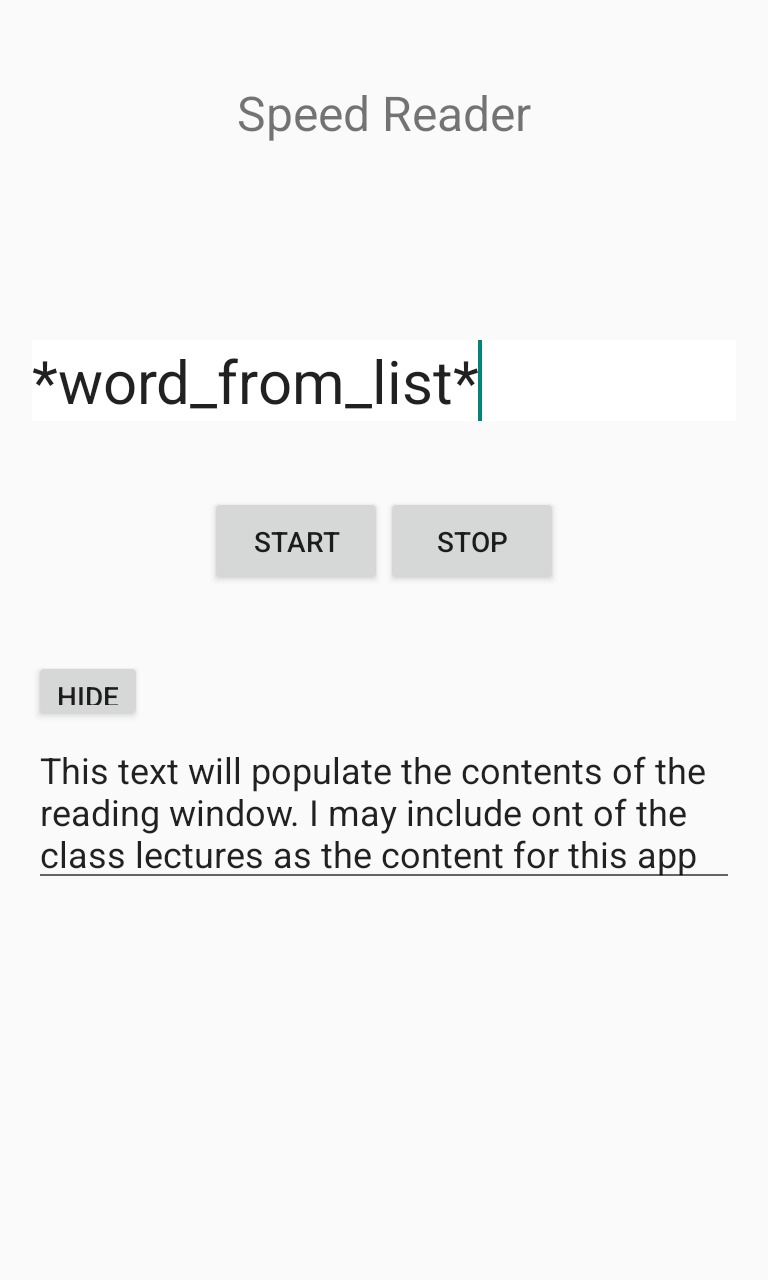
Repository: hdemby/workspace
Layout: SpeedReader/res/layout/activity_main.xml
The author's editor kept a copy of each file at every save. The layout is drawn from the files as they stood at one save, then again after the next save.
It is drawn on a 768 x 1280 px phone screen (xhdpi) without system bars, with theme AppTheme; the app's code is not run.

Above is the layout before, as saved 2014-12-03 18:30:44.

After the next save:
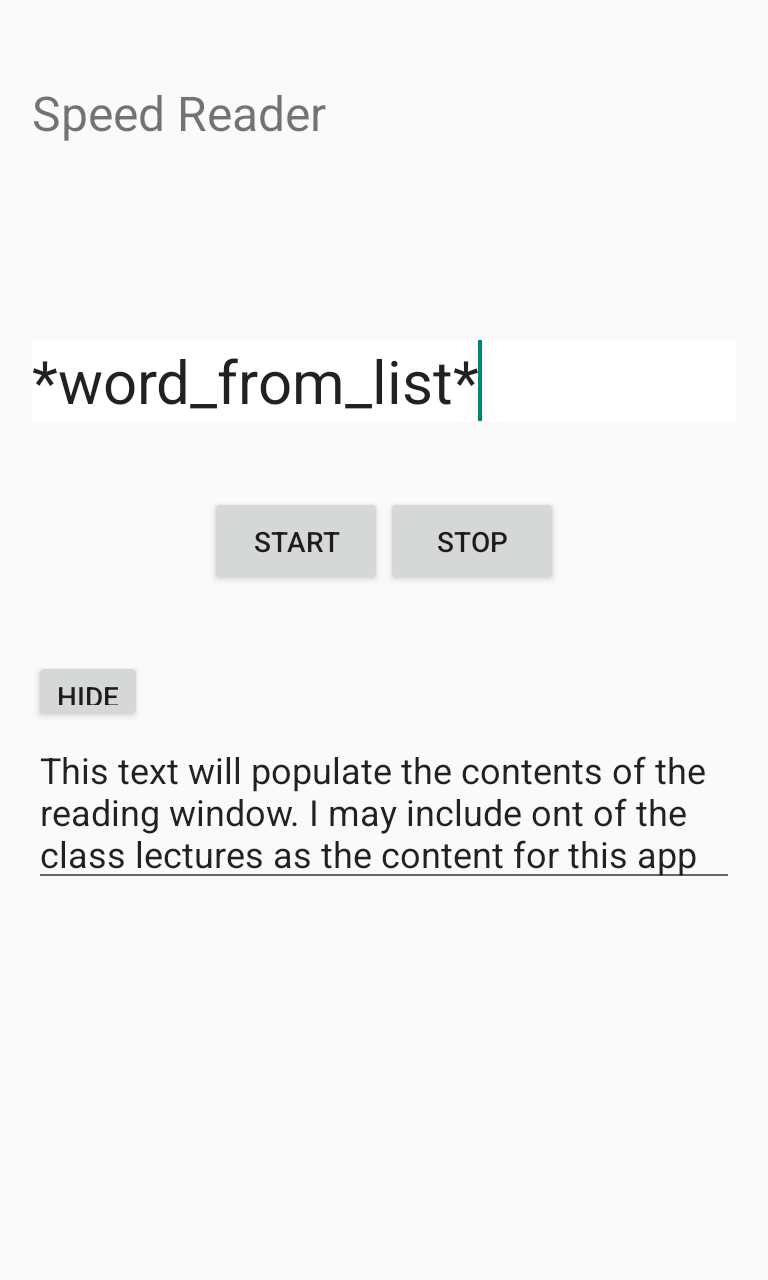
Saved 104 s later.
--- a/SpeedReader/res/layout/activity_main.xml
+++ b/SpeedReader/res/layout/activity_main.xml
@@ -1,12 +1,20 @@
 <RelativeLayout xmlns:android="http://schemas.android.com/apk/res/android"
     xmlns:tools="http://schemas.android.com/tools"
-    android:layout_width="match_parent"
-    android:layout_height="match_parent"
+    android:layout_width="wrap_content"
+    android:layout_height="wrap_content"
     android:paddingBottom="@dimen/activity_vertical_margin"
     android:paddingLeft="@dimen/activity_horizontal_margin"
     android:paddingRight="@dimen/activity_horizontal_margin"
     android:paddingTop="@dimen/activity_vertical_margin"
     tools:context="coursera.speedreader.MainActivity" >
+
+    <TextView
+        android:id="@+id/textView1"
+        android:layout_width="wrap_content"
+        android:layout_height="wrap_content"
+        android:layout_marginTop="24dp"
+        android:text="@string/app_name"
+        android:textSize="24sp" />
 
     <LinearLayout
         android:id="@+id/linearLayout1"
@@ -16,16 +24,6 @@
         android:layout_marginTop="154dp"
         android:orientation="vertical" >
     </LinearLayout>
-
-    <TextView
-        android:id="@+id/textView1"
-        android:layout_width="wrap_content"
-        android:layout_height="wrap_content"
-        android:layout_alignParentTop="true"
-        android:layout_centerHorizontal="true"
-        android:layout_marginTop="24dp"
-        android:text="@string/app_name"
-        android:textSize="24sp" />
 
     <EditText
         android:id="@+id/editText1"
